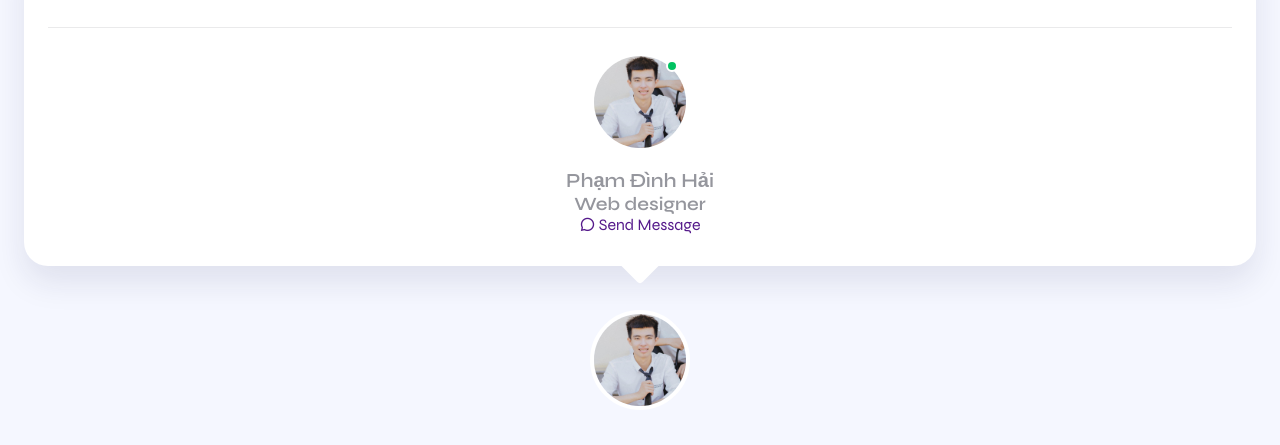
Repository: dinhhaidh/Profile
Page: index.html
The author's editor kept a copy of each file at every save. The page is drawn from the files as they stood at one save, then again after a run of saves.
The browser window is 1280 px wide. The pictures show the whole page.
Some web libraries are served in a nearby version.

Above is the page before, as saved 2024-02-29 09:27:45.

After the next 2 saves:
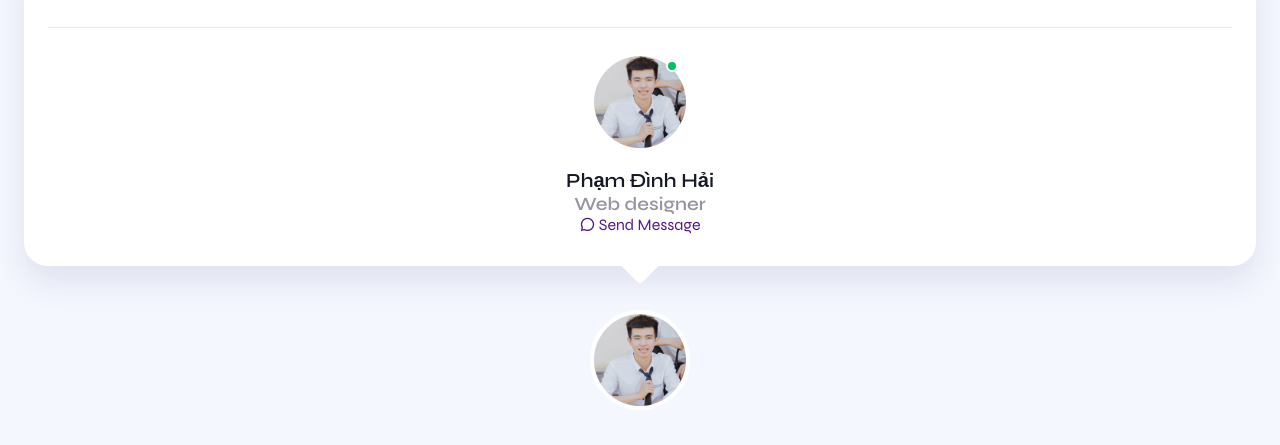
The 2 saves are shown as one change because they came seconds apart.
The last was saved 14 s later.
--- a/style.css
+++ b/style.css
@@ -161,6 +161,7 @@ img {
 
 .card__name {
     font-size: var(--h2-font-size);
+    color: var(--title-color);
 }
 
 .card__profession {}
